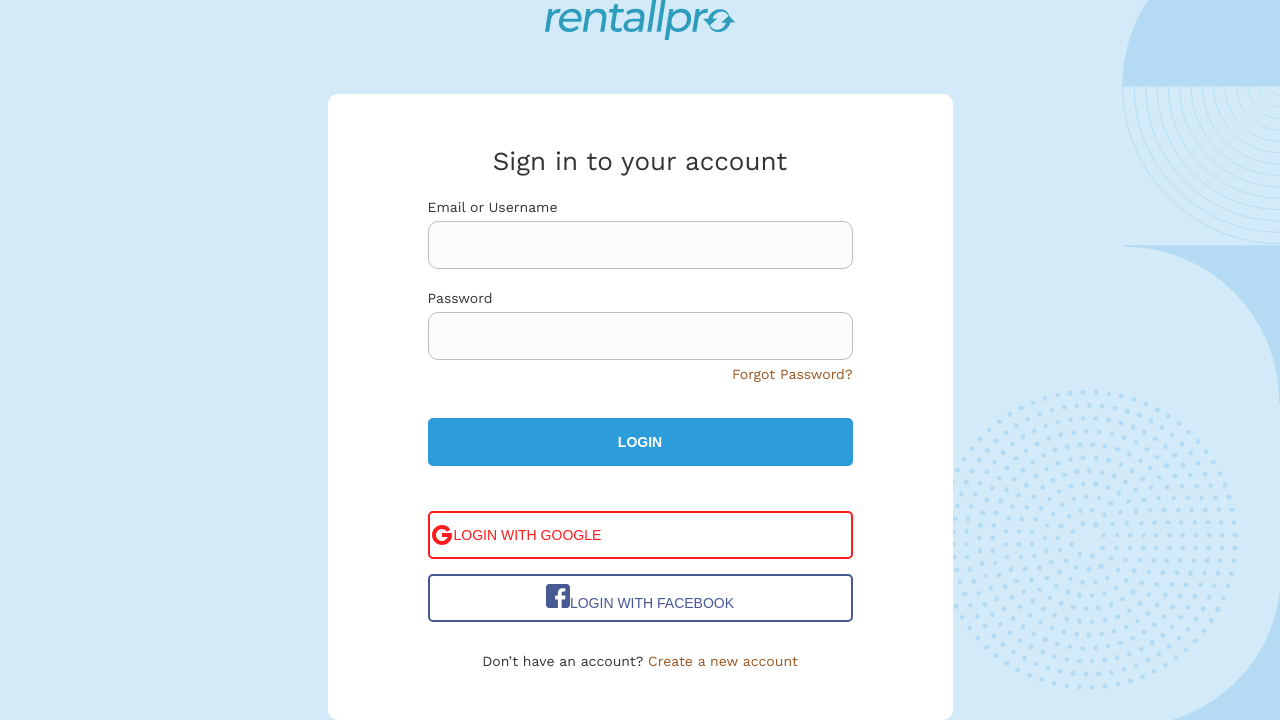
Repository: RentallPro/rentallpro-frontend
Page: /
The author's editor kept a copy of each file at every save. The page is drawn from the files as they stood at one save, then again after the next save.
The browser window is 1280 px wide. The pictures show the whole page.
The project was rebuilt for these pictures with package versions that can differ from the ones it lists, and the page was loaded fresh each time.

Above is the page before, as saved 2020-12-09 22:27:38.

After the next save:
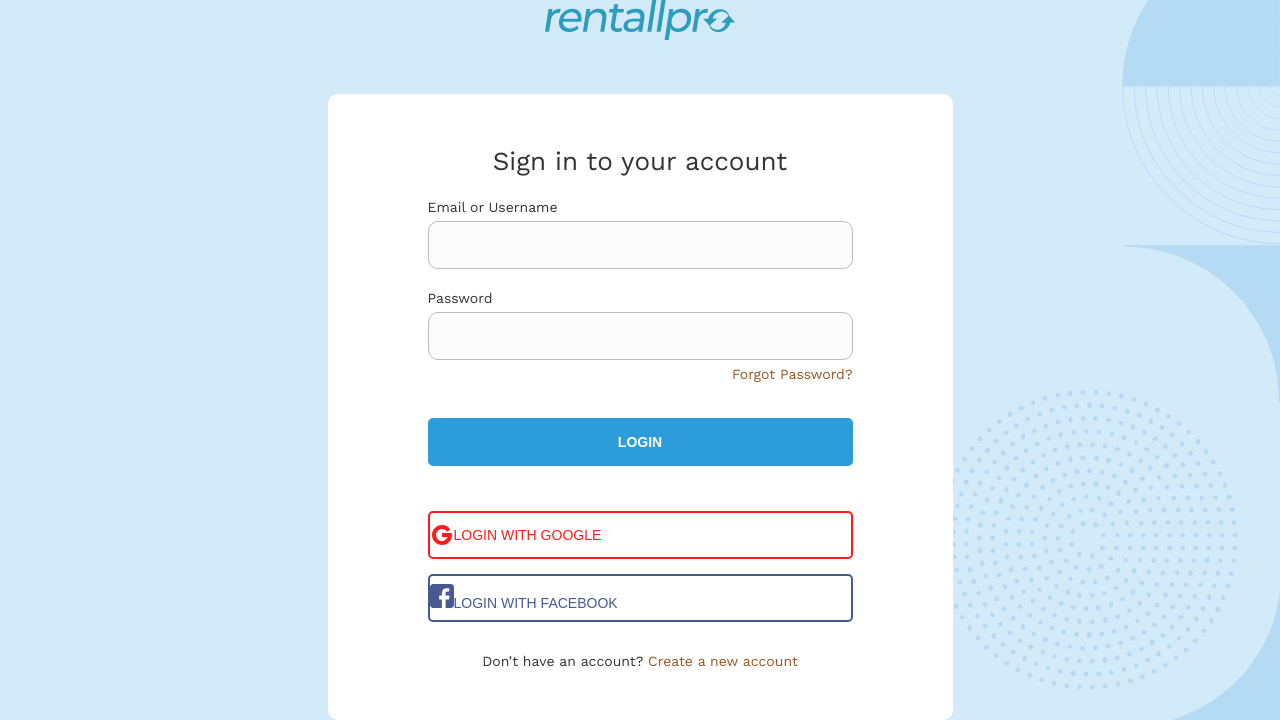
Saved 114 s later.
--- a/src/views/Home/Home.scss
+++ b/src/views/Home/Home.scss
@@ -71,10 +71,10 @@
             }
             .social-buttons {
                 margin-top: 45px;
-                .login-with-social {
-                    display: block;
-                    margin: auto;
-                }
+                // .login-with-social {
+                //     display: block;
+                //     margin: auto;
+                // }
                 .google-button {
                     display: flex;
                     align-items: center;

After the save that followed:
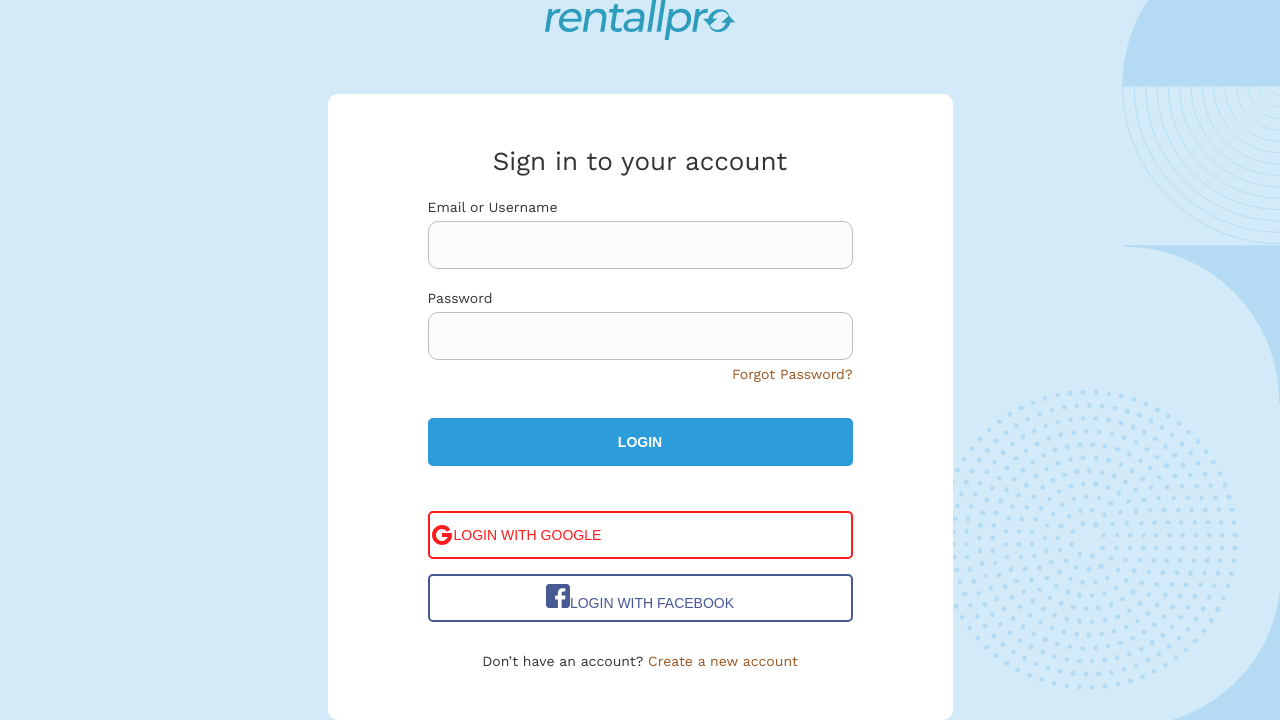
Saved 9 s later.
--- a/src/views/Home/Home.scss
+++ b/src/views/Home/Home.scss
@@ -84,8 +84,8 @@
                     background-color: #FFFFFF;
                 }
                 .facebook-button {
-                    display: flex;
-                    align-items: center;
+                    // display: flex;
+                    // align-items: center;
                     color: #475993;
                     border: 2px solid #475993;
                     background-color: #FFFFFF;
